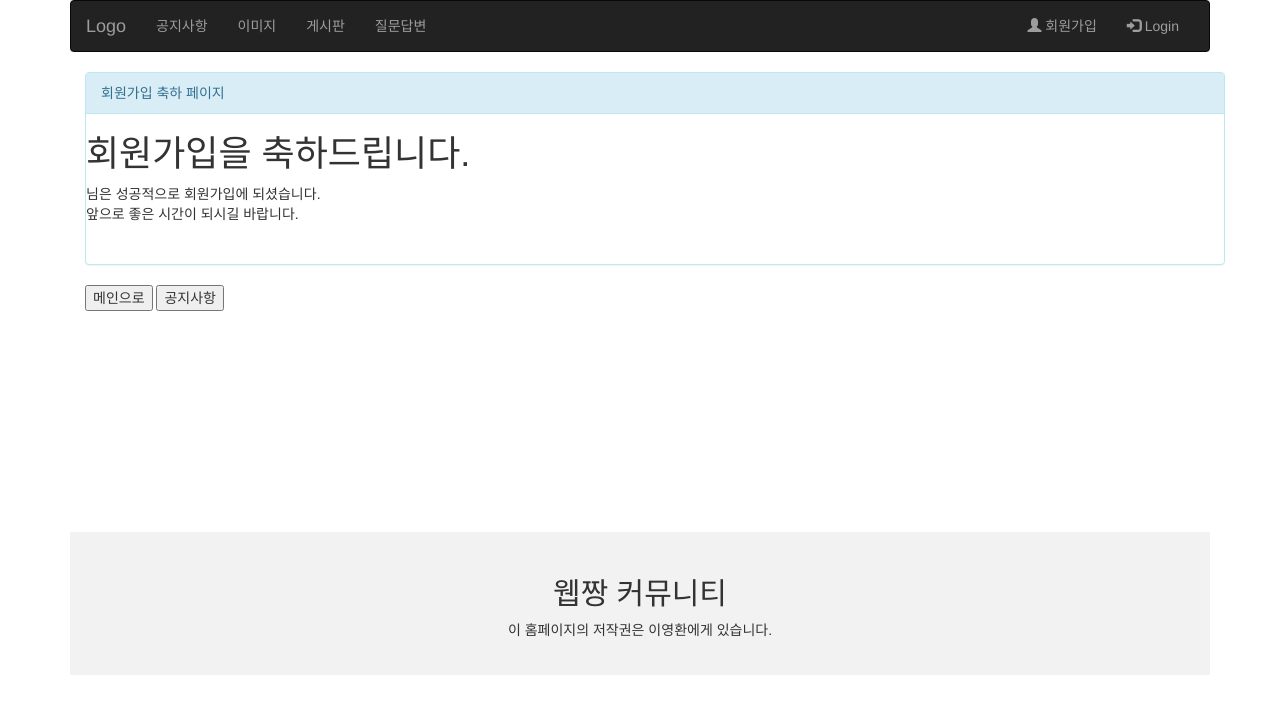
Repository: xo461/test
Page: http://localhost/webjjangcom_ver2/member/welcome.jsp
The author's editor kept a copy of each file at every save. The page is drawn from the files as they stood at one save, then again after the next save.
The browser window is 1280 px wide. The pictures show the whole page.
Some web libraries are served in a nearby version. The page is served by Tomcat 9. The template is opened directly, without the code that normally fills it, so the values that code supplies are empty.

Above is the page before, as saved 2019-11-13 05:03:36.

After the next save:
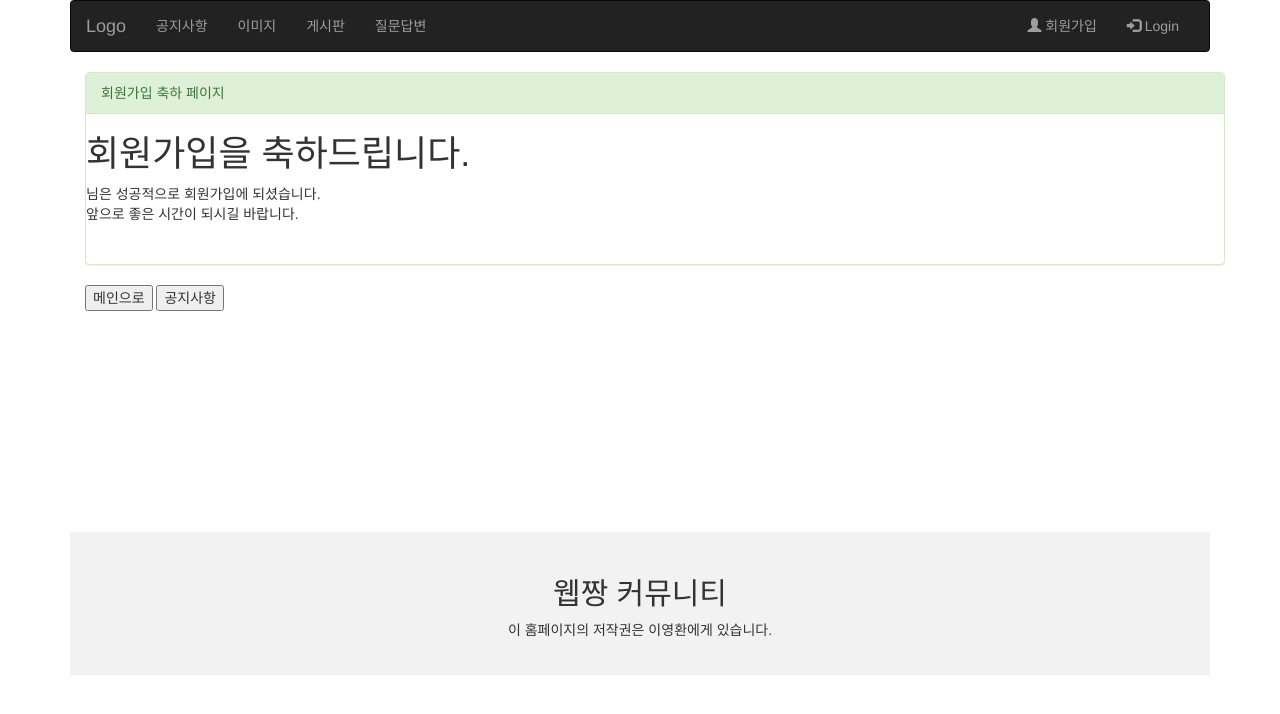
Saved 27 s later.
--- a/web/webjjangcom_ver2/WebContent/member/welcome.jsp
+++ b/web/webjjangcom_ver2/WebContent/member/welcome.jsp
@@ -15,7 +15,7 @@
 
 <body>
 <div class="container">
- 	<div class="panel panel-info">
+ 	<div class="panel panel-success">
       <div class="panel-heading">
       	회원가입 축하 페이지
       </div>
